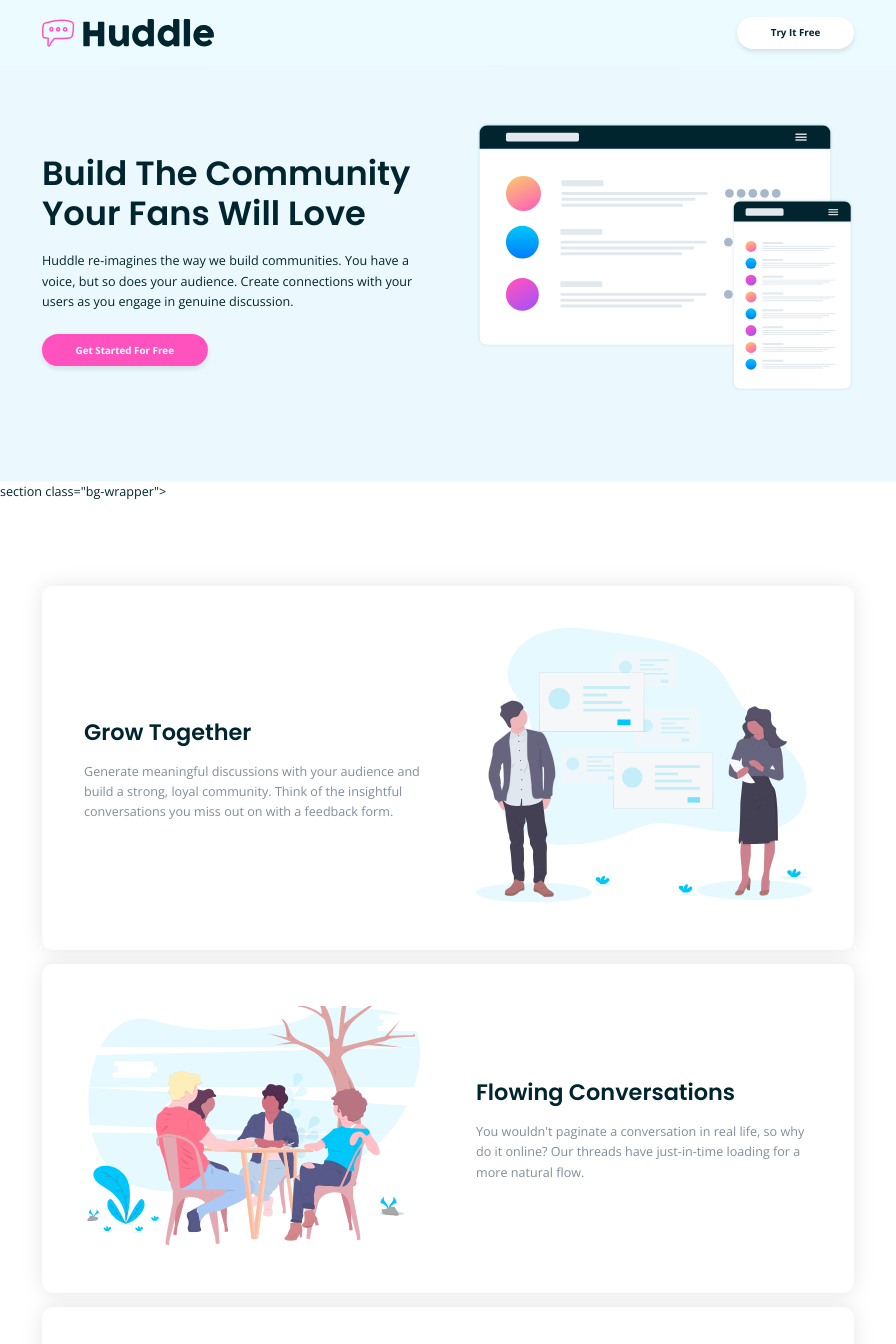
Repository: blordeus/huddle-landing-page
Page: index.html
An editor plug-in stored every save of this project. The page is shown before and after a run of saves, followed by the edit.
The browser window is 1280 px wide. The pictures show the part of the page from y = 0 to 1920 px (the page is 3334 px tall), at 70% of full size.

Above is the page before, as saved 2025-07-01 11:32:06.

After the next 3 saves:
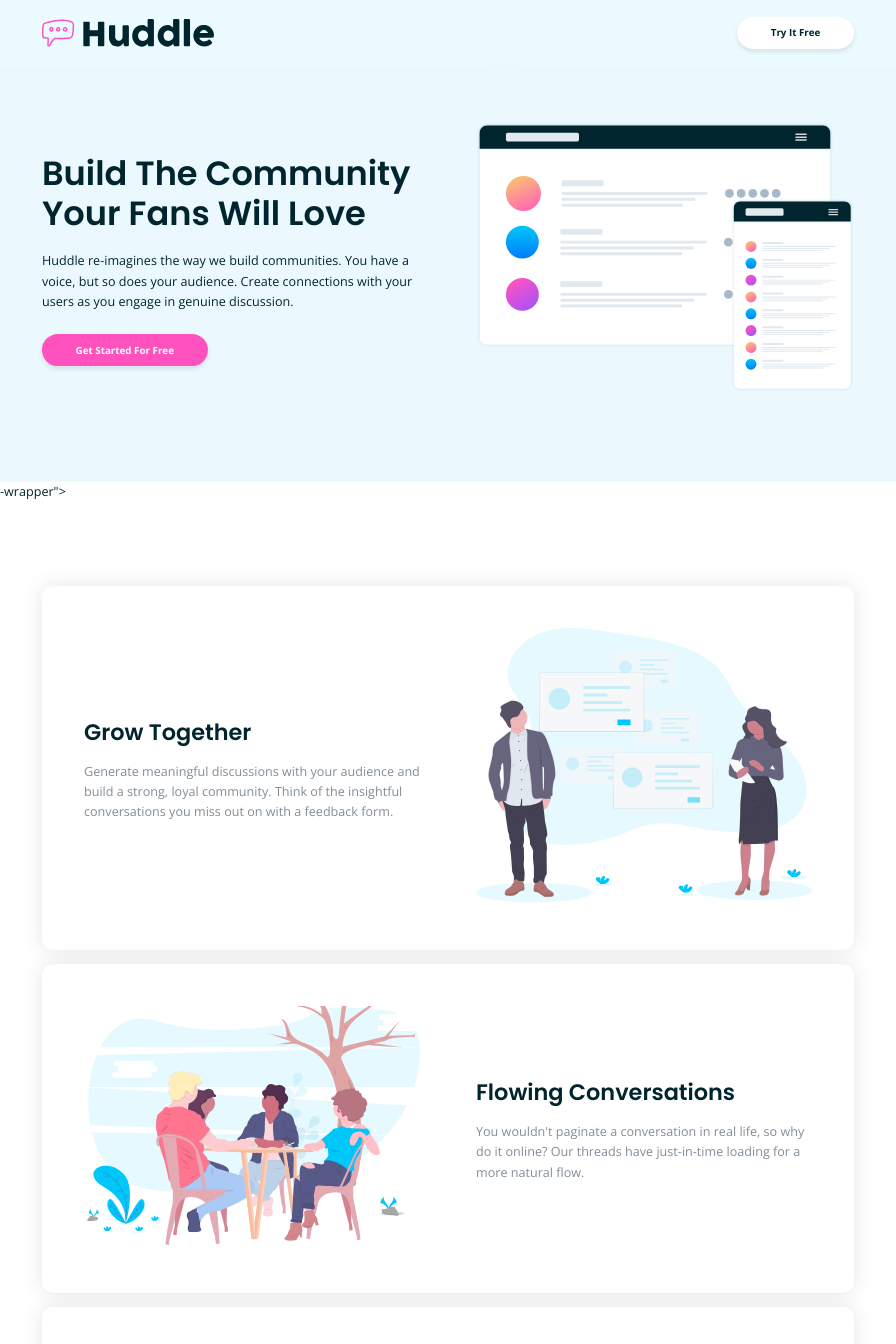
The 3 saves are shown as one change because they came seconds apart.
The last was saved 9 s later.
--- a/index.html
+++ b/index.html
@@ -43,7 +43,7 @@
       </div>
     </div>
   </div>
-  </section>section class="bg-wrapper">
+  </section>-wrapper">
 
 
   <!-- Features Section -->
